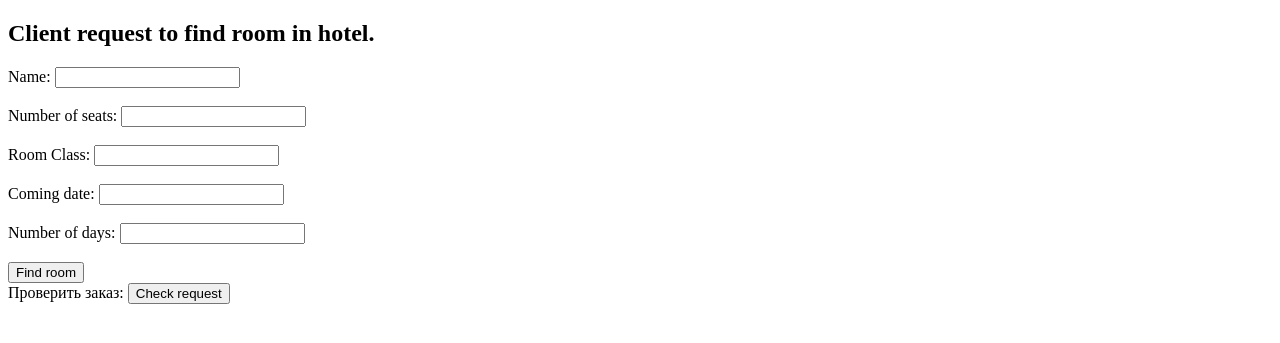
Repository: milosh-alexandr-by/ItAcademyJavaDeveloper
Page: http://localhost/HotelRequestSystem/ClientServlet.jsp
These files come from the project's save history. The page is drawn as it stood at one moment and after the next save; the edit follows.
The browser window is 1280 px wide. The pictures show the whole page.
The page is served by Tomcat 9.

Above is the page before, as saved 2015-12-12 21:41:50.

After the next save:
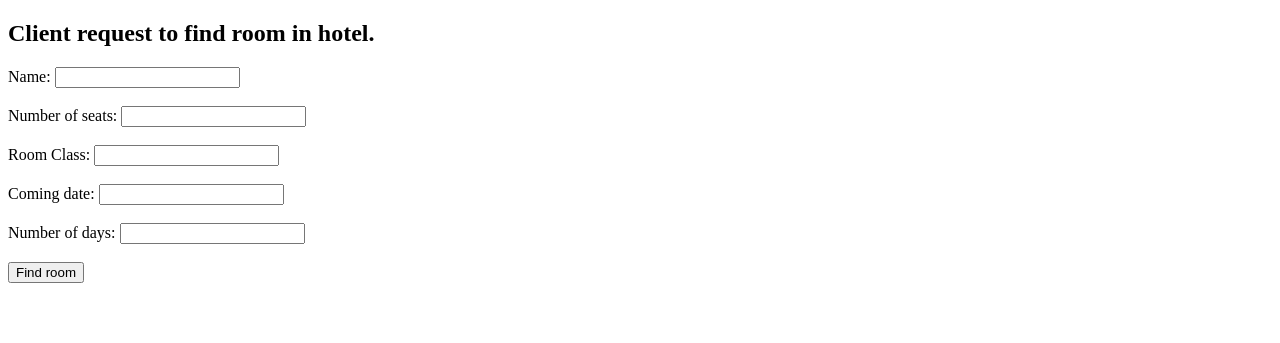
Saved 88 s later.
--- a/Project_WEB/HotelRequestSystem/WebContent/ClientServlet.jsp
+++ b/Project_WEB/HotelRequestSystem/WebContent/ClientServlet.jsp
@@ -19,9 +19,6 @@
 		<input type="submit" name="findRoom" value="Find room">
 	</form>
 
-	<form action="ClientCheckRequest.jsp" method="GET">
-		Проверить заказ: <input type="submit" name="checkRequest" value="Check request">
-	</form>
 
 </body>
 </html>
